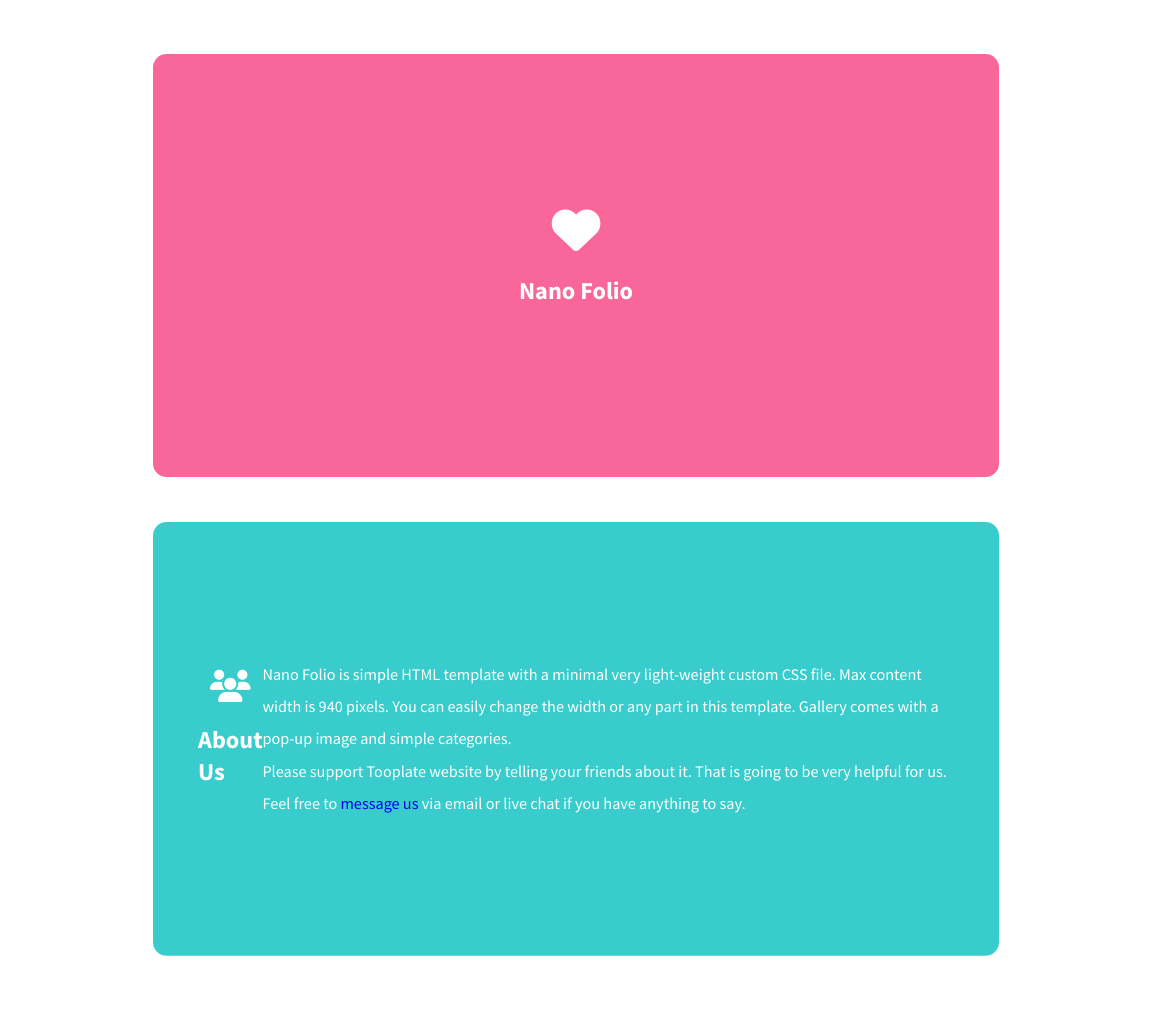
Repository: BuiVanVu102/Tooplate
Page: index.html
The author's editor kept a copy of each file at every save. The page is drawn from the files as they stood at one save, then again after the next save.
The browser window is 1280 px wide. The pictures show the whole page, at 90% of full size.
Some web libraries are served in a nearby version. The style sheet was rebuilt from its Sass, Less or Tailwind sources for each picture, by a compiler version that may differ from the author's.

Above is the page before, as saved 2021-11-16 10:03:46.

### index.html
<!DOCTYPE html>
<html lang="en">
<head>
	<meta charset="UTF-8">
	<meta http-equiv="X-UA-Compatible" content="IE=edge">
	<meta name="viewport" content="width=device-width, initial-scale=1.0">
	<link rel="preconnect" href="https://fonts.googleapis.com">
	<link rel="preconnect" href="https://fonts.gstatic.com" crossorigin>
	<link href="https://fonts.googleapis.com/css2?family=Source+Sans+Pro:wght@400;700&display=swap" rel="stylesheet">
	<link rel="stylesheet" href="./css/app.css">
	<title>Nano Folio - Live View</title>
</head>
<body>
		<div class="wrapper">
			<main>
				<section class="first">
					<div class="container">
						<div class="first__container">
							<i class="fas fa-heart fa-3x"></i>
							<h1 class="first__name">Nano Folio</h1>
						</div>
					</div>
				</section>
				<section class="about">
					<div class="container">
						<div class="about__container">
							<div class="about__heading">
								<i class="fas fa-users fa-2x"></i>
								<h2 class="about__name">
									About Us
								</h2>
							</div>
							<div class="about__desc">
								<p class="about__typography1">
									Nano Folio is simple HTML template with a minimal very light-weight custom CSS file. Max content width is 940 pixels. You can easily change the width or any part in this template. Gallery comes with a pop-up image and simple categories.
								</p>
								<p class="about__typography2">
									Please support Tooplate website by telling your friends about it. That is going to be very helpful for us. Feel free to <a rel="nofollow" href="https://www.tooplate.com/contact" target="_blank">message us</a>  via email or live chat if you have anything to say.
								</p>
							</div>
						</div>
					</div>
				</section>
				<section class="show">
					<div class="container">
						<div class="show__container">

						</div>
					</div>
				</section>
				<section class="form">
					<div class="container">
						<div class="form__container">
						</div>
					</div>
				</section>
			</main>
		</div>
		<script src="https://kit.fontawesome.com/33b4a28a88.js" crossorigin="anonymous"></script>
</body>
</html>

### sass/app.scss
@import 'variable';
@import 'reset';
@import 'global';
@import 'first';
@import 'about';

### sass/_variable.scss
$font: 'Source Sans Pro', sans-serif;
$text-color: #ffff;
$title-color: #38cccc;

### sass/_reset.scss
html {
	box-sizing: border-box;
  }
  * {
	margin: 0;
	padding: 0;
  }
  *,
  *:before,
  *:after {
	box-sizing: border-box;
  }
  input,
  textarea,
  select,
  button {
	outline: none;
  }
  input {
	line-height: normal;
  }
  label,
  button {
	cursor: pointer;
  }
  a {
	text-decoration: none;
  }
  img {
	display: block;
	max-width: 100%;
  }

### sass/_global.scss
body {
	line-height: 2em;
	color: $font;
	font-size: 18px;
	font-family: $font;
	font-weight: 400;
	background-color: white;
	overflow-x: hidden;
}

.wrapper {
	max-width: 100%;
	margin: 0 auto;
}
.container {
	width: 100%;
	max-width: 970px;
	margin: 0 auto;
	padding: 0px 15px;
}

### sass/_first.scss
.first {
	margin-top: 60px;
	&__container{
		display: flex;
		flex-direction: column;
		justify-content: center;
		align-items: center;
		border-radius: 15px;
		max-width: 940px;
		height: 470px;
		background-color: #f96699;
		color: white;
		margin-bottom: 50px;

	}
	&__name {
		margin: 22px 0;
	}
}
.fa-hear:before {
	content: "\f004";
}

### sass/_about.scss
.about {
	margin-top: 0px;
	&__container {
		display: flex;
		justify-content: center;
		align-items: center;

		padding: 50px 50px;
		margin-bottom: 80px;

		height: 482px;
		max-width: 940px;
		background-color: #38cccc;
		color: white;

		border-radius: 15px;
	}
	&__heading {
		display: flex;
		flex-direction: column;
		align-items: center;
		justify-content: center;

		max-width: 420px;
	}
	&__name {
		margin:  22px 0;
		font-size: 1.5em;
		font-weight: bold;
	}
	&__decs {
		display: flex;
		flex-direction: column;
		justify-content: center;
		align-items: center;
	}
	&__typography1 {
		display: block;
		min-width: 420px;
	}
}
.fa-user:before {
	content: "\f0c0";
}

After the next save:
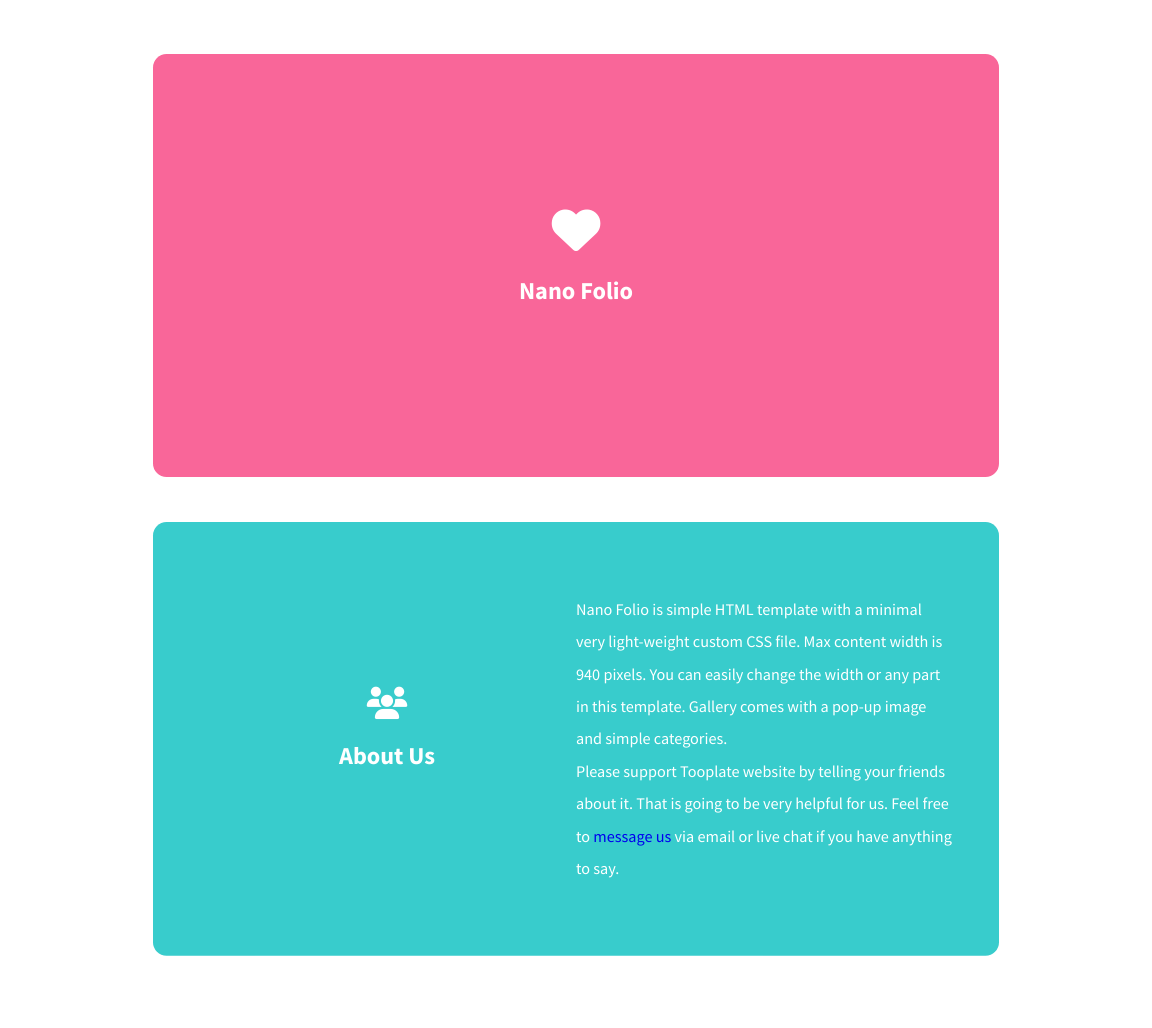
Saved 7 s later.
--- a/sass/_about.scss
+++ b/sass/_about.scss
@@ -21,7 +21,7 @@
 		align-items: center;
 		justify-content: center;
 
-		max-width: 420px;
+		min-width: 420px;
 	}
 	&__name {
 		margin:  22px 0;
